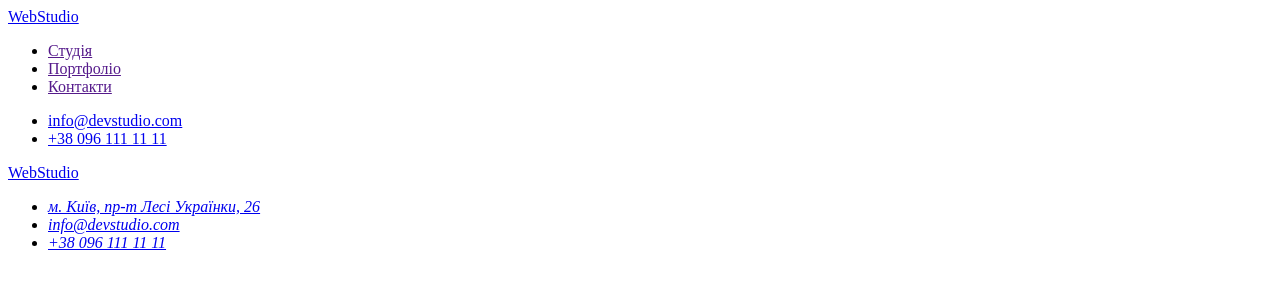
Repository: Mariia2811/goit-markup-hw-03
Page: portfolio.html
The author's editor kept a copy of each file at every save. The page is drawn from the files as they stood at one save, then again after a run of saves.
The browser window is 1280 px wide. The pictures show the whole page.

Above is the page before, as saved 2022-11-24 19:52:06.

After the next 6 saves:
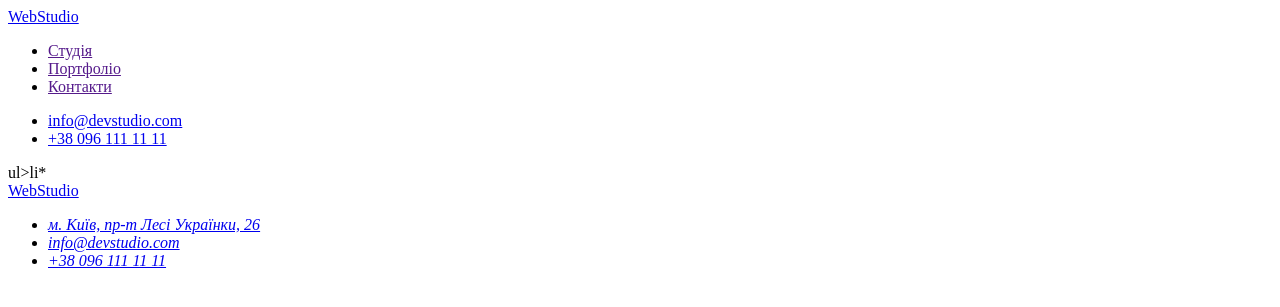
The 6 saves are shown as one change because they came seconds apart.
The last was saved 15 s later.
--- a/portfolio.html
+++ b/portfolio.html
@@ -22,6 +22,9 @@
         </ul>
     </header>
     <main>
+        <section>
+            ul>li*
+        </section>
         <section></section>
     </main>
     <footer>
